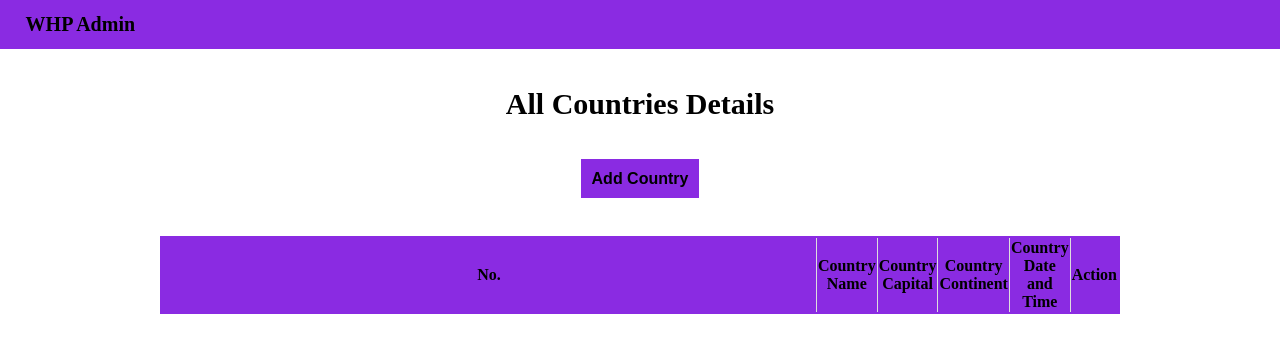
Repository: sabinaPetrisor/World_Hour_Project
Page: http://localhost/WorldHourProject/jsp/admin.jsp
These files come from the project's save history. The page is drawn as it stood at one moment and after the next save; the edit follows.
The browser window is 1280 px wide. The pictures show the whole page.
The page is served by Tomcat 9. Other server files are loaded and not shown. Queries for data that is not in the repository find no rows.

Above is the page before, as saved 2023-08-09 07:39:16.

### WorldHourProject/src/main/webapp/jsp/admin.jsp
<%@ page language="java" contentType="text/html; charset=UTF-8"
    pageEncoding="UTF-8"%>
<%@page import="java.sql.Connection"%>
<%@page import="java.util.List"%>
<%@page import="com.worldhourproject.utility.JDBCDataSource"%>
<%@page import="worldhourproject.controller.WHPView"%>
<%@page import="com.worldhourproject.dao.CountryDAO"%>
<%@page import="com.worldhourproject.bean.CountryBean"%>
<!DOCTYPE html>
<html>
	<head>
		<meta name="viewport" content="width=device-width, initial-scale=1" charset="UTF-8">
		<title>World Hour Project Admin Page</title>
		<style> <%@include file="../css/navbar.css" %> </style>
		<style> <%@include file="../css/admin.css" %> </style>
	</head>
	<body>
		<%@include file="navbar.jsp" %>

		<div class="content-container">
			<p class="content-container-title">All Countries Details</p>
			<div class="btn-container">
				<button class="add-button" onclick="window.location.href='<%=WHPView.AddCountryPage%>'">Add Country</button>
			</div>

			<table class="tbl">
				<tr class="tbl-col-names">
					<th>No.</th>
					<th>Country Name</th>
					<th>Country Capital</th>
					<th>Country Continent</th>
					<th>Country Date and Time</th>
					<th>Action</th>
				</tr>

				<%
					CountryDAO cdao = new CountryDAO(JDBCDataSource.getCon());
					List<CountryBean> countriesList = cdao.getAllCountries();
					for(CountryBean cb : countriesList) {
				%>
				<tr>
					<td><%=cb.getId() %></td>
					<td><%=cb.getCountry_name() %></td>
					<td><%=cb.getCountry_capital() %></td>
					<td><%=cb.getCountry_continent() %></td>
					<td><%=cb.getCountryDateTime() %></td>
					<td>
						<div class="edit-del-btns">
							<button class="edit-button" onclick="window.location.href='<%=WHPView.AddCountryPage%>'">Edit</button>
							<button class="delete-button" onclick="window.location.href='<%=WHPView.AddCountryPage%>'">Delete</button>
						</div>
					</td>
				</tr>

				<%
					}
				%>
			</table>
		</div>
	</body>
</html>

### WorldHourProject/src/main/webapp/css/navbar.css
.header-container {
	position: relative;
	width: 100%;
	background-color: blueviolet;
	display: flex;
}

.header-title {
	padding-top: 1%;
	padding-bottom: 1%;
	margin-left: 2%;
	margin-right: 2%;
}

.home-page-title {
	font-size: 20px;
	font-weight: bold;
	width: auto;
}

.home-page-title:hover {
	color: cadetblue;
	cursor: pointer;
}

### WorldHourProject/src/main/webapp/css/admin.css
@charset "UTF-8";
* {
	margin: 0;
	width: 100%;
}

.content-container {
	margin-top: 3%;
}

.content-container-title {
	text-align: center;
	font-size: 30px;
	font-weight: bold;
	margin-bottom: 3%;
}

.btn-container {
	display: flex;
	justify-content: center;
}

.add-button {
	padding: 0.8%;
	margin-bottom: 3%;
	background-color: blueviolet;
	border: none;
	text-align: center;
	font-size: 1em;
	font-weight: bold;
	width:auto;
	cursor: pointer;
}

.tbl {
	margin: 0 auto;
	border-collapse: collapse;
	width: 75%;
	table-layout: auto;
	/*width: auto;*/

}

.tbl-col-names {
	border: 2px solid blueviolet;
	background-color: blueviolet;
	height: 35px;
}

.tbl td, .tbl-col-names th {
	font-size: 1em;
  	border: 1px solid #dddddd;
  	text-align: center;
  	/*width: auto;
  	white-space:nowrap;*/
}

.tbl tr:nth-child(even) {
  background-color: #dddddd;
}

.edit-del-btns {
	display: flex;
}

.edit-button, .delete-button {
	background-color: blueviolet;
	border: none;
	text-align: center;
	font-size: 1em;
	font-weight: bold;
	width:auto;
	cursor: pointer;
	margin-left: 3%;
	margin-right: 3%;
}

### WorldHourProject/src/main/webapp/jsp/navbar.jsp
<%@page import="worldhourproject.controller.WHPView"%>

<div class="header-container">
	<div class="header-title">
		<span class="home-page-title" onclick="window.location.href='<%=WHPView.AdminPage%>'">WHP Admin</span>
	</div>
</div>

### WorldHourProject/src/main/java/com/worldhourproject/dao/CountryDAO.java
package com.worldhourproject.dao;

import java.sql.Connection;
import java.sql.Date;
import java.sql.PreparedStatement;
import java.sql.ResultSet;
import java.sql.SQLException;
import java.sql.Time;
import java.time.LocalDateTime;
import java.time.format.DateTimeFormatter;
import java.util.ArrayList;
import java.util.List;

import com.worldhourproject.bean.CountryBean;
import com.worldhourproject.utility.JDBCDataSource;

public class CountryDAO {
	private static final String INSERT_COUNTRY = "insert into country_date_time (country_name, country_capital, country_continent) values(?, ?, ?)";
	private static final String LIST_ALL_COUNTRIES = "select * from country_date_time";
	private Connection con;

	public CountryDAO(Connection con) {
		super();
		this.con = con;
	}

	public static boolean insertCountry(CountryBean country) {
		boolean inserted = false;
		//CountryBean res = null;
		Connection con;
		try {
			con = JDBCDataSource.getCon();
			//PreparedStatement stmt = con.prepareStatement("insert into country_date_time values(?,?,?,?,?)");
			//stmt.setInt(1, nextId());
			PreparedStatement stmt = con.prepareStatement(INSERT_COUNTRY);
			stmt.setString(1, country.getCountry_name());
			stmt.setString(2, country.getCountry_capital());
			stmt.setString(3, country.getCountry_continent());
			//stmt.setString(4, country.getCountry_date_time());
			//stmt.setTime(5, Time.valueOf(country.getCountry_time()));
			stmt.executeUpdate();
			inserted = true;
		} catch (Exception e) {
			// TODO Auto-generated catch block
			e.printStackTrace();
		}
		return inserted;
	}

	public List<CountryBean> getAllCountries() {
		List<CountryBean> countryList = new ArrayList<CountryBean>();
		CountryBean country = null;
		try {
			PreparedStatement stmt = con.prepareStatement(LIST_ALL_COUNTRIES);
			ResultSet rs = stmt.executeQuery();
			while(rs.next()) {
				country = new CountryBean();
				country.setId(rs.getInt(1));
				country.setCountry_name(rs.getString(2));
				country.setCountry_capital(rs.getString(3));
				country.setCountry_continent(rs.getString(4));
				countryList.add(country);
			}
		} catch (SQLException e) {
			// TODO Auto-generated catch block
			e.printStackTrace();
		}

		return countryList;
	}
}

### WorldHourProject/src/main/java/com/worldhourproject/utility/JDBCDataSource.java
package com.worldhourproject.utility;

import java.sql.Connection;
import java.sql.DriverManager;
import java.sql.SQLException;
/*import java.sql.PreparedStatement;
import java.sql.SQLException;
import java.sql.Statement;
import java.text.ParseException;
import java.text.SimpleDateFormat;
import java.time.LocalDate;
import java.time.LocalDateTime;
import java.time.format.DateTimeFormatter;
import java.util.Date;*/
import java.util.ResourceBundle;

public class JDBCDataSource {
	/*public static void main(String[] args) {
		ResourceBundle rb = ResourceBundle.getBundle("worldhourproj.System");
		String url = rb.getString("url");
		System.out.println(url);

		try {
			Connection con = DriverManager.getConnection(url, "root", "root");
			System.out.println(con);

			LocalDateTime now = LocalDateTime.now();
			DateTimeFormatter dtf = DateTimeFormatter.ofPattern("yyyy-MM-dd HH:mm:ss");
			String currDateStr = dtf.format(now);
			System.out.println(currDateStr);

			PreparedStatement pstmt = con.prepareStatement("delete from country_date_time where country_name='Romania'");
			pstmt.execute();
			pstmt = con.prepareStatement("alter table country_date_time auto_increment=1");
			pstmt.execute();
			pstmt = con.prepareStatement("insert into country_date_time(country_name, country_date_time) values (?, ?)");
			pstmt.setString(1, "Romania");
			pstmt.setString(2, currDateStr);
			pstmt.executeUpdate();
		} catch (SQLException e) {
			// TODO Auto-generated catch block
			e.printStackTrace();
		}
	}*/

	/*private static JDBCDataSource datasource;

	private JDBCDataSource() {
	}

	private ComboPooledDataSource cpds = null;

	public static JDBCDataSource getInstance() {
		if(datasource == null) {
			ResourceBundle rb = ResourceBundle.getBundle("worldhourproj.System");
			datasource = new JDBCDataSource();
			datasource.cpds = new ComboPooledDataSource();
			try {
				datasource.cpds.setDriverClass(rb.getString("driver"));
			} catch (PropertyVetoException e) {
				// TODO Auto-generated catch block
				e.printStackTrace();
			}
			datasource.cpds.setJdbcUrl(rb.getString("url"));
			datasource.cpds.setUser(rb.getString("username"));
			datasource.cpds.setPassword(rb.getString("password"));
			datasource.cpds.setAcquireIncrement(Integer.valueOf((String) rb.getString("acquireIncrement")));
			datasource.cpds.setInitialPoolSize(Integer.valueOf((String) rb.getString("initialPoolSize")));
			datasource.cpds.setMaxPoolSize(Integer.valueOf((String) rb.getString("maxPoolSize")));
			datasource.cpds.setMinPoolSize(Integer.valueOf((String) rb.getString("minPoolSize")));
			datasource.cpds.setMaxIdleTime(Integer.valueOf((String) rb.getString("timeout")));
		}
		return datasource;
	}

	public static Connection getConnection() throws Exception {
		return getInstance().cpds.getConnection();
	}

	public static void closeConnection(Connection conn) {
		if(conn != null) {
			try {
				conn.close();
			} catch (SQLException e) {
				// TODO Auto-generated catch block
				e.printStackTrace();
			}
		}
	}

	public static void main(String[] args) {
		JDBCDataSource jdbc = new JDBCDataSource();
		try {
			Connection con = jdbc.getConnection();
			System.out.println(con);
		} catch (Exception e) {
			// TODO Auto-generated catch block
			e.printStackTrace();
		}
	}*/

	private static Connection con;

	public static Connection getCon() {
		ResourceBundle rb = ResourceBundle.getBundle("worldhourproj.System");
		String driver = rb.getString("driver");
		String url = rb.getString("url");
		String username = rb.getString("username");
		String password = rb.getString("password");
		try {
			Class.forName(driver);
			con = DriverManager.getConnection(url, username, password);
		} catch (ClassNotFoundException e) {
			// TODO Auto-generated catch block
			e.printStackTrace();
		} catch (SQLException e) {
			// TODO Auto-generated catch block
			e.printStackTrace();
		}
		return con;
	}

	/*public static void main(String[] args) {
		JDBCDataSource ds = new JDBCDataSource();
		Connection conn = ds.getCon();
		System.out.println("Con is: " + conn);
	}*/
}

After the next save:
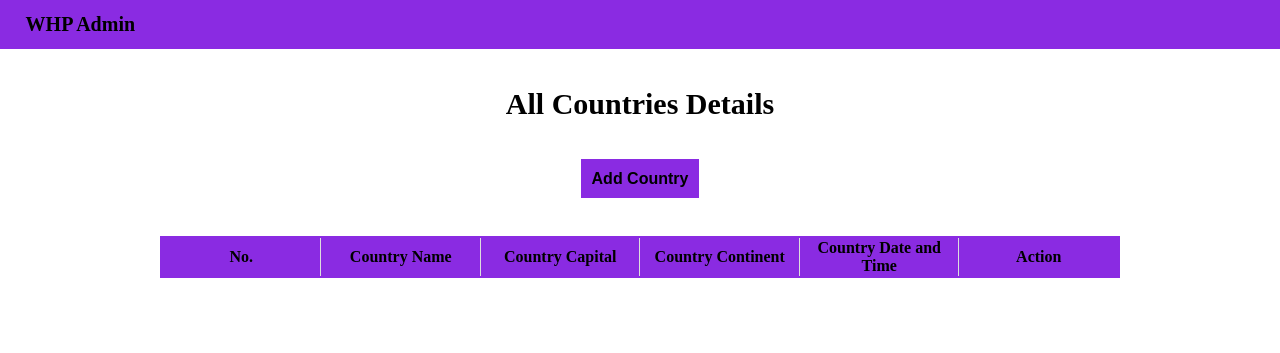
Saved 59 s later.
--- a/WorldHourProject/src/main/webapp/css/admin.css
+++ b/WorldHourProject/src/main/webapp/css/admin.css
@@ -35,8 +35,8 @@
 .tbl {
 	margin: 0 auto;
 	border-collapse: collapse;
+	table-layout: fixed;
 	width: 75%;
-	table-layout: auto;
 	/*width: auto;*/
 
 }
